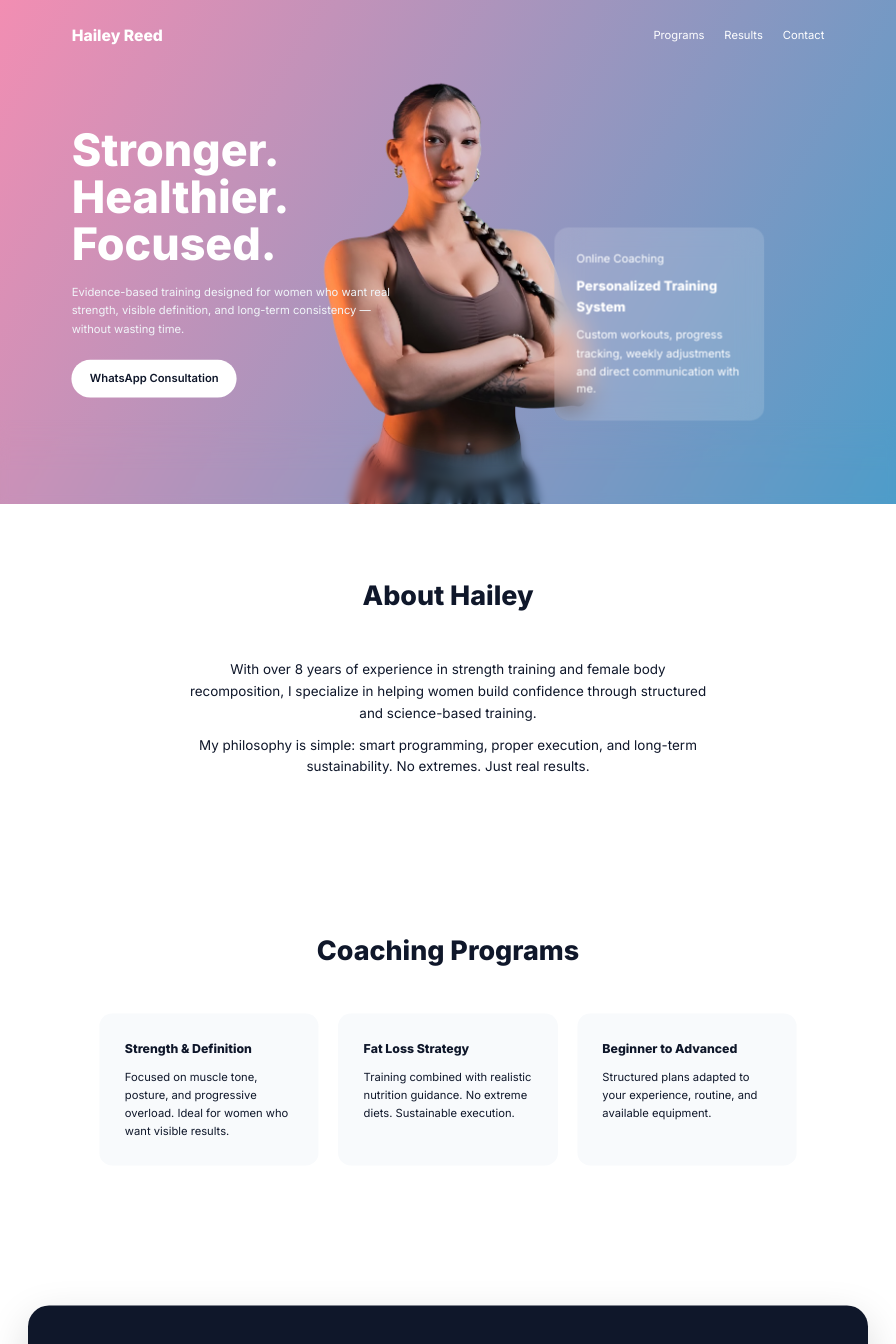
Repository: davidfsillva/Hailey-Reed-Coaching
Page: index.html
The author's editor kept a copy of each file at every save. The page is drawn from the files as they stood at one save, then again after the next save.
The browser window is 1280 px wide. The pictures show the part of the page from y = 0 to 1920 px (the page is 5223 px tall), at 70% of full size.

Above is the page before, as saved 2026-02-11 18:12:54.

### index.html
<!DOCTYPE html>
<html lang="en">
<head>
  <meta charset="UTF-8" />
  <meta name="viewport" content="width=device-width, initial-scale=1.0" />
  <title>Personal Trainer | Online Coaching</title>
  <link rel="stylesheet" href="style.css" />
  <link rel="preconnect" href="https://fonts.googleapis.com">
  <link rel="preconnect" href="https://fonts.gstatic.com" crossorigin>
  <link href="https://fonts.googleapis.com/css2?family=Inter:wght@400;600;800&display=swap" rel="stylesheet">
</head>
<body>

<header class="hero">
  <nav class="nav">
    <h1 class="logo">Hailey Reed</h1>
    <div class="nav-links">
      <a href="#programs">Programs</a>
      <a href="#results">Results</a>
      <a href="#contact">Contact</a>
    </div>
  </nav>

  <img class="hero-img" src="img/Photoroom_20260211_45117 PM.png" alt="Trainer" />

  <div class="hero-gradient"></div>

  <div class="hero-content">
    <div class="hero-text">
      <h2 class="hero-title">
        Stronger.<br>
        Healthier.<br>
        Focused.
      </h2>
      <p>
        Evidence-based training designed for women who want real strength,
        visible definition, and long-term consistency — without wasting time.
      </p>
      <div class="cta-group">
        <a href="https://wa.me/5599999999999" target="_blank" class="btn primary">
          WhatsApp Consultation
        </a>
      </div>
    </div>

    <div class="hero-card">
      <span class="tag">Online Coaching</span>
      <h3>Personalized Training System</h3>
      <p>
        Custom workouts, progress tracking, weekly adjustments
        and direct communication with me.
      </p>
    </div>
  </div>
</header>

<!-- ABOUT SECTION -->
<section class="section">
  <h3>About Hailey</h3>
  <div class="testimonial">
    <p>
      With over 8 years of experience in strength training and female body
      recomposition, I specialize in helping women build confidence through
      structured and science-based training.
    </p>
    <p>
      My philosophy is simple: smart programming, proper execution,
      and long-term sustainability. No extremes. Just real results.
    </p>
  </div>
</section>

<section id="programs" class="section">
  <h3>Coaching Programs</h3>

  <div class="cards">
    <div class="card">
      <h4>Strength & Definition</h4>
      <p>
        Focused on muscle tone, posture, and progressive overload.
        Ideal for women who want visible results.
      </p>
    </div>

    <div class="card">
      <h4>Fat Loss Strategy</h4>
      <p>
        Training combined with realistic nutrition guidance.
        No extreme diets. Sustainable execution.
      </p>
    </div>

    <div class="card">
      <h4>Beginner to Advanced</h4>
      <p>
        Structured plans adapted to your experience, routine,
        and available equipment.
      </p>
    </div>
  </div>
</section>

<!-- HOW IT WORKS -->
<section class="section dark">
  <h3>How It Works</h3>

  <div class="cards">
    <div class="card">
      <h4>1. Initial Consultation</h4>
      <p>
        We discuss your goals, routine, training history,
        and current physical condition.
      </p>
    </div>

    <div class="card">
      <h4>2. Custom Plan Creation</h4>
      <p>
        A personalized workout structure is designed
        specifically for your body and objectives.
      </p>
    </div>

    <div class="card">
      <h4>3. Weekly Adjustments</h4>
      <p>
        Progress tracking and adjustments ensure continuous
        improvement and optimal results.
      </p>
    </div>
  </div>
</section>

<section id="results" class="section dark">
  <h3>Client Feedback</h3>

  <div class="testimonial">
    <p>
      “This coaching completely changed how I train.
      Every session has a clear purpose and I finally feel strong.”
    </p>
    <span>— Samantha M.</span>
  </div>
</section>

<!-- TRANSFORMATION PROCESS -->
<section class="section">
  <h3>The Transformation Process</h3>

  <div class="testimonial">
    <p>
      Sustainable transformation is not about intensity —
      it's about consistency.
    </p>
    <p>
      Through progressive overload, intelligent recovery,
      and realistic nutrition, we create measurable and lasting results.
    </p>
  </div>
</section>

<!-- FAQ -->
<section class="section">
  <h3>Frequently Asked Questions</h3>

  <div class="cards">
    <div class="card">
      <h4>Do I need gym access?</h4>
      <p>
        Not necessarily. Programs can be adapted for home training
        with minimal equipment.
      </p>
    </div>

    <div class="card">
      <h4>Is nutrition included?</h4>
      <p>
        Yes. You receive structured guidance focused on sustainable habits,
        not restrictive diets.
      </p>
    </div>

    <div class="card">
      <h4>How long until I see results?</h4>
      <p>
        Most clients notice strength improvements within weeks
        and visible body changes within 8–12 weeks.
      </p>
    </div>
  </div>
</section>

<section id="contact" class="section">
  <h3>Start Your Training</h3>
  <p class="contact-text">
    If you’re serious about improving your body composition
    and performance, let’s talk.
  </p>

  <div class="cta-group center">
    <a href="https://wa.me/5599999999999" target="_blank" class="btn primary">
      Message on WhatsApp
    </a>
    <a href="https://instagram.com/seuinstagram" target="_blank" class="btn secondary">
      Visit Instagram
    </a>
  </div>
</section>

<!-- FINAL CTA SECTION -->
<section class="section dark">
  <div class="testimonial">
    <h3>Ready to Transform?</h3>
    <p>
      Your strongest, healthiest version starts with a decision.
      Let’s build it together.
    </p>
    <div class="cta-group center">
      <a href="https://wa.me/5599999999999" target="_blank" class="btn primary">
        Apply for Coaching
      </a>
    </div>
  </div>
</section>

<footer class="footer">
  <p>© 2026 FitFlow Coaching. All rights reserved.</p>
</footer>

<script src="script.js"></script>
</body>
</html>

### style.css
:root {
  --pink: #f07aa5;
  --blue: #2e8bc0;
  --dark: #0f172a;
  --light: #ffffff;
  --muted: #cbd5e1;
}

/* ================= RESET ================= */
* {
  margin: 0;
  padding: 0;
  box-sizing: border-box;
  font-family: 'Inter', sans-serif;
}

body {
  background: var(--light);
  color: var(--dark);
  line-height: 1.6;
}

/* ================= HERO ================= */
.hero {
  position: relative;
  min-height: 100vh;
  padding: 32px 8%;
  color: white;
  overflow: hidden;
}

/* IMAGEM */
.hero-img {
  position: absolute;
  top: 50%;
  left: 50%;
  transform: translate(-50%, -50%);
  width: 60%;
  max-width: 500px;
  height: auto;
  z-index: 2;
}

/* GRADIENTE */
.hero-gradient {
  position: absolute;
  inset: 0;
  background: linear-gradient(
    120deg,
    rgba(240,122,165,0.85),
    rgba(46,139,192,0.85)
  );
  z-index: 1;
}

/* CONTEÚDO */
.hero-content {
  position: relative;
  z-index: 5;
}

/* TEXTO */
.hero-text {
  display: flex;
  flex-direction: column;
  justify-content: center;
  height: 85vh;
  max-width: 550px;
}

.hero-title {
  font-size: clamp(2.8rem, 5vw, 4.5rem);
  line-height: 1.05;
  margin-bottom: 24px;
}

.hero-text p {
  max-width: 480px;
  font-size: 1rem;
  color: #f1f5f9;
}

/* BLUR INFERIOR */
.hero::after {
  content: "";
  position: absolute;
  bottom: 0;
  left: 0;
  width: 100%;
  height: 120px;
  backdrop-filter: blur(6px);
  -webkit-backdrop-filter: blur(6px);
  mask-image: linear-gradient(to top, black 40%, transparent 100%);
  pointer-events: none;
  z-index: 3;
}

/* ================= BOTÕES ================= */
.cta-group {
  display: flex;
  gap: 16px;
  margin-top: 32px;
  flex-wrap: wrap;
}

.btn {
  padding: 14px 26px;
  border-radius: 999px;
  font-weight: 600;
  text-decoration: none;
  transition: 0.3s ease;
  display: inline-block;
}

.btn.primary {
  background: white;
  color: var(--dark);
}

.btn.secondary {
  border: 1px solid white;
  color: white;
}

.btn:hover {
  transform: translateY(-3px);
}

/* ================= HERO CARD ================= */
.hero-card {
  position: absolute;
  top: 42%;
  right: 8%;
  width: 300px;
  background: rgba(255,255,255,0.15);
  backdrop-filter: blur(18px);
  padding: 32px;
  border-radius: 20px;
  z-index: 4;
}

.hero-card {
  position: absolute;
  top: 42%;
  right: 8%;
  width: 300px;
}


.hero-card h3 {
  margin: 12px 0;
}

/* ================= NAVBAR ================= */
.nav {
  position: relative;
  z-index: 10;
  display: flex;
  justify-content: space-between;
  align-items: center;
}

.logo {
  font-weight: 800;
  font-size: 1.4rem;
}

.nav-links a {
  position: relative;
  color: white;
  margin-left: 24px;
  text-decoration: none;
  font-weight: 500;
  padding-bottom: 4px;
}

.nav-links a::after {
  content: "";
  position: absolute;
  left: 0;
  bottom: 0;
  width: 0%;
  height: 2px;
  background: white;
  transition: width 0.3s ease;
}

.nav-links a:hover::after {
  width: 100%;
}

/* ================= SECTIONS ================= */
.section {
  padding: 100px 8%;
  max-width: 1200px;
  margin: auto;
}

.section h3 {
  font-size: 2.4rem;
  margin-bottom: 60px;
  text-align: center;
}

.cards {
  display: grid;
  grid-template-columns: repeat(auto-fit, minmax(260px, 1fr));
  gap: 28px;
}

.card {
  background: #f8fafc;
  padding: 36px;
  border-radius: 18px;
  transition: 0.3s ease;
}

.card:hover {
  transform: translateY(-6px);
}

.card h4 {
  margin-bottom: 14px;
  font-size: 1.1rem;
}

/* ================= DARK SECTIONS ================= */
.dark {
  background: #0f172a;
  border-radius: 30px;
  color: white;
  margin: 100px auto;
  padding: 100px 8%;
  box-shadow: 0 20px 60px rgba(0,0,0,0.15);
}


.dark .card {
  background: rgba(255,255,255,0.06);
  color: white;
}

.dark .card:hover {
  background: rgba(255,255,255,0.1);
}

/* ================= TESTIMONIAL ================= */
.testimonial {
  max-width: 750px;
  margin: auto;
  text-align: center;
}

.testimonial p {
  font-size: 1.2rem;
  margin-bottom: 16px;
}

.contact-text {
  text-align: center;
  max-width: 520px;
  margin: 0 auto 32px;
}

.center {
  justify-content: center;
}

/* ================= FOOTER ================= */
.footer {
  padding: 32px;
  text-align: center;
  background: #020617;
  color: var(--muted);
  font-size: 0.85rem;
}

/* ================= RESPONSIVE ================= */
@media (max-width: 1024px) {

  .hero-card {
    position: relative;
    top: unset;
    right: unset;
    margin-top: 40px;
    width: 100%;
    max-width: 400px;
  }

  .hero-text {
    height: auto;
    text-align: center;
    margin-top: 80px;
  }

  .hero-text p {
    margin: auto;
  }

  .hero-img {
    width: 75%;
  }
}

@media (max-width: 768px) {

  .nav {
    flex-direction: column;
    gap: 16px;
  }

  .nav-links a {
    margin-left: 0;
  }

  .hero-img {
    width: 90%;
  }

  .hero-title {
    font-size: 2.4rem;
  }

  .section {
    padding: 80px 6%;
  }
}

@media (max-width: 480px) {

  .hero {
    padding: 24px 6%;
  }

  .btn {
    width: 100%;
    text-align: center;
  }

  .cta-group {
    flex-direction: column;
  }
}

### script.js
// ===============================
// SMOOTH SCROLL
// ===============================
document.querySelectorAll('a[href^="#"]').forEach(anchor => {
  anchor.addEventListener('click', function (e) {
    e.preventDefault();
    document.querySelector(this.getAttribute('href'))
      .scrollIntoView({ behavior: 'smooth' });
  });
});


// ===============================
// NAVBAR SCROLL EFFECT
// ===============================
const nav = document.querySelector(".nav");

window.addEventListener("scroll", () => {
  if (window.scrollY > 50) {
    nav.style.background = "rgba(15, 23, 42, 0.85)";
    nav.style.backdropFilter = "blur(10px)";
    nav.style.padding = "16px 8%";
    nav.style.transition = "0.3s ease";
  } else {
    nav.style.background = "transparent";
    nav.style.backdropFilter = "none";
    nav.style.padding = "0";
  }
});


// ===============================
// SCROLL REVEAL EFFECT
// ===============================
const revealElements = document.querySelectorAll(".section, .card, .testimonial");

const revealOnScroll = () => {
  const triggerBottom = window.innerHeight * 0.85;

  revealElements.forEach(el => {
    const elementTop = el.getBoundingClientRect().top;

    if (elementTop < triggerBottom) {
      el.style.opacity = "1";
      el.style.transform = "translateY(0)";
    }
  });
};

// Estado inicial
revealElements.forEach(el => {
  el.style.opacity = "0";
  el.style.transform = "translateY(40px)";
  el.style.transition = "all 0.8s ease";
});

window.addEventListener("scroll", revealOnScroll);
window.addEventListener("load", revealOnScroll);


// ===============================
// HERO IMAGE PARALLAX
// ===============================
const heroImg = document.querySelector(".hero-img");

window.addEventListener("scroll", () => {
  let scrollPosition = window.scrollY;
  heroImg.style.transform = `translate(-50%, calc(-50% + ${scrollPosition * 0.15}px))`;
});


// ===============================
// BUTTON FADE-IN ON LOAD
// ===============================
window.addEventListener("load", () => {
  const buttons = document.querySelectorAll(".btn");

  buttons.forEach((btn, index) => {
    btn.style.opacity = "0";
    btn.style.transform = "translateY(20px)";
    btn.style.transition = "all 0.6s ease";

    setTimeout(() => {
      btn.style.opacity = "1";
      btn.style.transform = "translateY(0)";
    }, 400 + index * 200);
  });
});


// ===============================
// CARD HOVER GLOW EFFECT
// ===============================
const cards = document.querySelectorAll(".card");

cards.forEach(card => {
  card.addEventListener("mousemove", (e) => {
    const rect = card.getBoundingClientRect();
    const x = e.clientX - rect.left;
    const y = e.clientY - rect.top;

    card.style.background = `
      radial-gradient(circle at ${x}px ${y}px,
      rgba(240,122,165,0.15),
      rgba(255,255,255,0.03))
    `;
  });

  card.addEventListener("mouseleave", () => {
    card.style.background = "";
  });
});

After the next save:
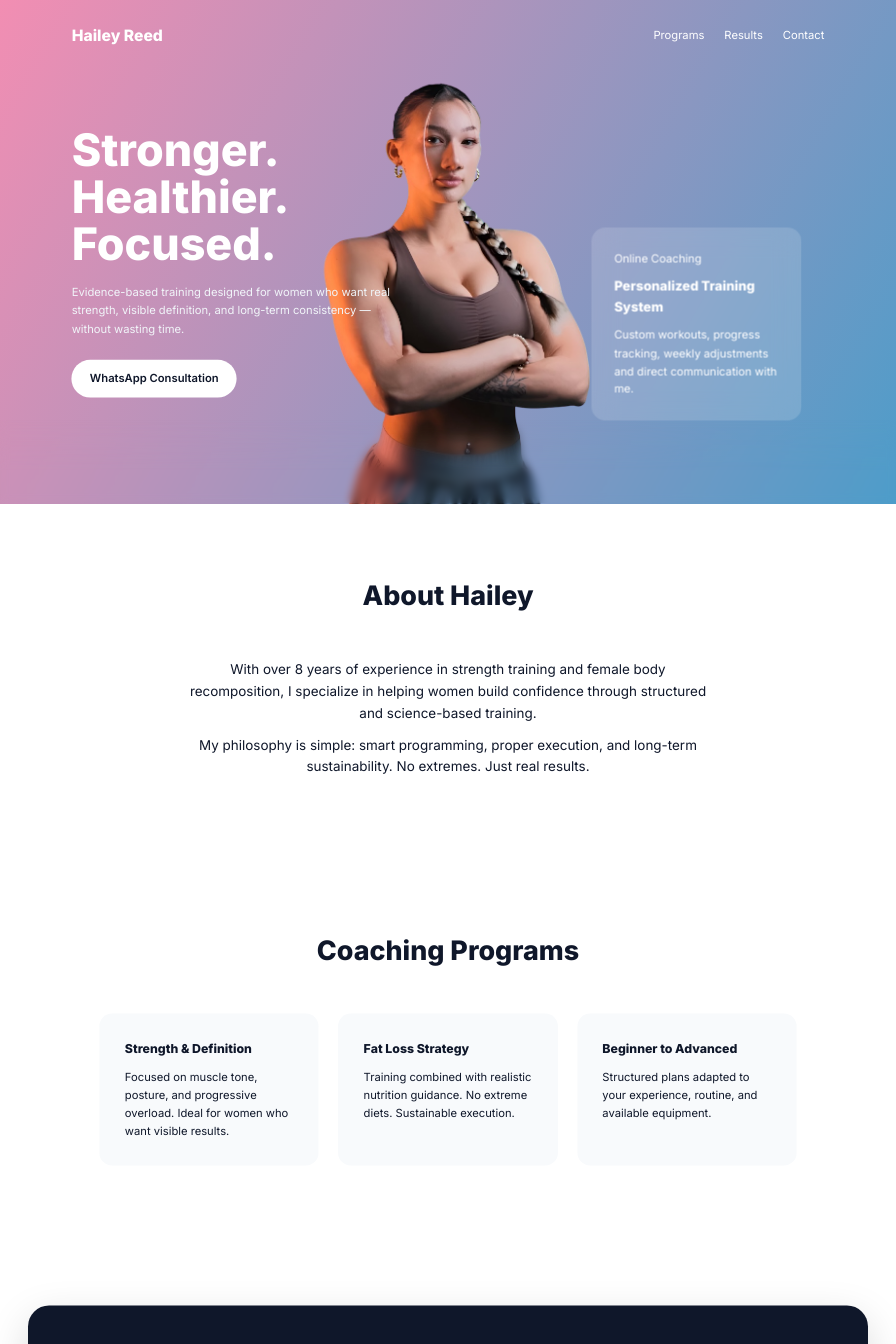
Saved 16 s later.
--- a/style.css
+++ b/style.css
@@ -142,9 +142,10 @@ body {
 .hero-card {
   position: absolute;
   top: 42%;
-  right: 8%;
+  right: 3%;
   width: 300px;
 }
+
 
 
 .hero-card h3 {
